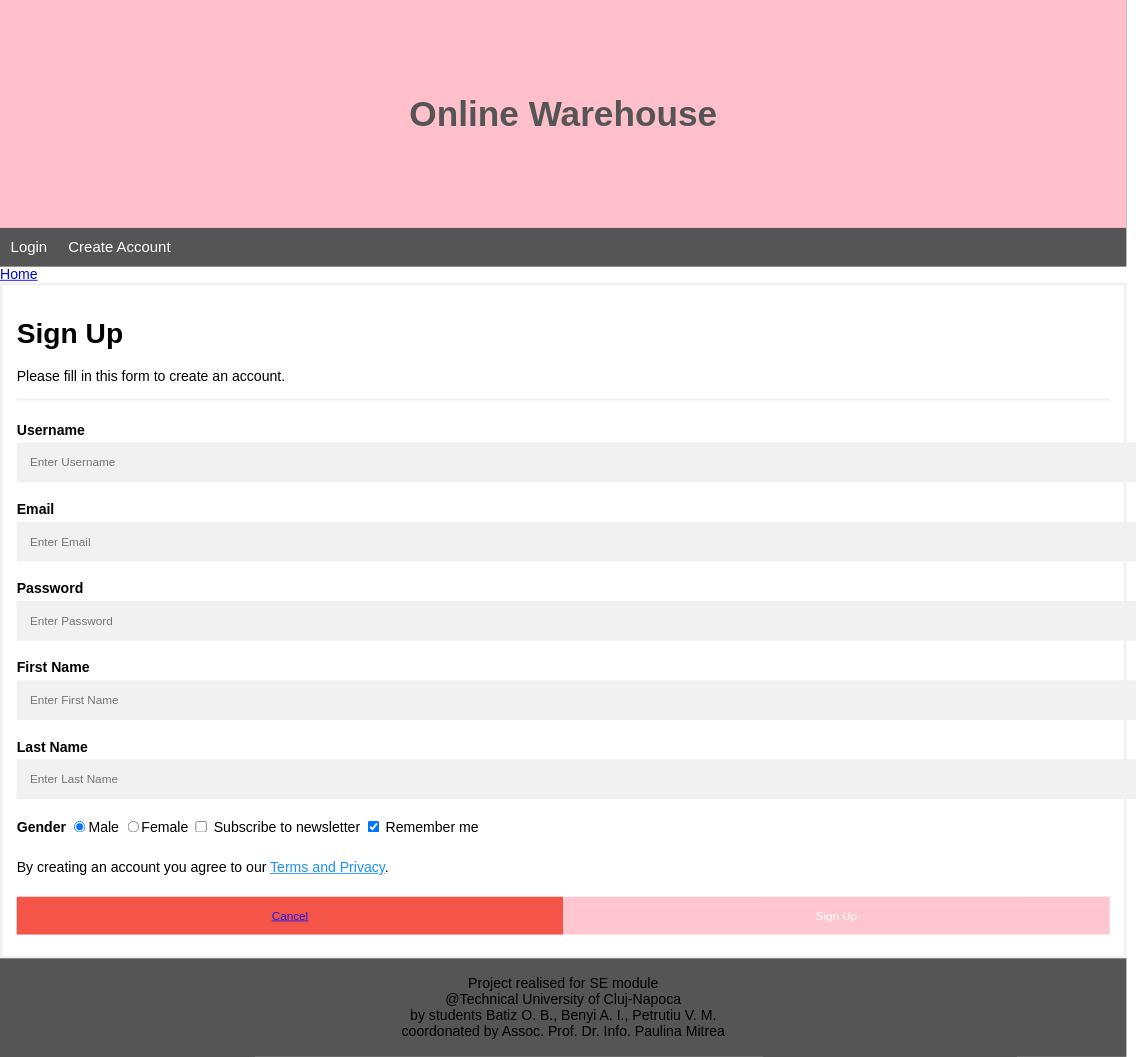
Repository: orsi-batiz/SEwithJSP
Page: http://localhost/OnlineWarehouse/createAccount.jsp
These files come from the project's save history. The page is drawn as it stood at one moment and after the next save; the edit follows.
The browser window is 1280 px wide. The page is 1291 px wide, so the pictures cover 1291 px, including what lies to the right of the window. The pictures show the whole page, at 88% of full size.
The page is served by Tomcat 9. Other server files are loaded and not shown.

Above is the page before, as saved 2019-01-16 21:26:34.

### OnlineWarehouse/OnlineWarehouse/WebContent/createAccount.jsp
<%@ page language="java" contentType="text/html; charset=ISO-8859-1"
    pageEncoding="ISO-8859-1"%>
<!DOCTYPE html>
<html>
<head>
<meta charset="ISO-8859-1">
<title>Create account</title>

<style>
body {font-family: Arial, Helvetica, sans-serif;}
form {border: 3px solid #f1f1f1;}

  input[type=text], input[type=password] {
  width: 100%;
  padding: 15px;
  margin: 5px 0 22px 0;
  display: inline-block;
  border: none;
  background: #f1f1f1;
}

input[type=text]:focus, input[type=password]:focus {
  background-color: #ddd;
  outline: none;
}

hr {
  border: 1px solid #f1f1f1;
  margin-bottom: 25px;
}

/* Set a style for all buttons */
button {
  background-color: #FFC0CB;
  color: white;
  padding: 14px 20px;
  margin: 8px 0;
  border: none;
  cursor: pointer;
  width: 100%;
  opacity: 0.9;
}

button:hover {
  opacity:1;
}

/* Extra styles for the cancel button */
.cancelbtn {
  padding: 14px 20px;
  background-color: #f44336;
}

/* Float cancel and signup buttons and add an equal width */
.cancelbtn, .signupbtn {
  float: left;
  width: 50%;
}

/* Add padding to container elements */
.container {
  padding: 16px;
}

/* Clear floats */
.clearfix::after {
  content: "";
  clear: both;
  display: table;
}

/* Change styles for cancel button and signup button on extra small screens */
@media screen and (max-width: 300px) {
  .cancelbtn, .signupbtn {
    width: 100%;
  }
}

</style>
</head>
<body>
<jsp:include page="header.jsp" />
<jsp:include page="menu.jsp" />

<form action="createAccountServlet" method="post">

<div class="container">
    <h1>Sign Up</h1>
    <p>Please fill in this form to create an account.</p>
    <hr>

    <label for="username"><b>Username</b></label>
    <input type="text" placeholder="Enter Username" name="username" value="" required>

    <label for="email"><b>Email</b></label>
    <input type="text" placeholder="Enter Email" name="email" value="" required>

    <label for="psw"><b>Password</b></label>
    <input type="password" placeholder="Enter Password" name="password" value="" required>

    <label for="firstName"><b>First Name</b></label>
    <input type="text" placeholder="Enter First Name" name="firstName" value="" required>

    <label for="lastName"><b>Last Name</b></label>
    <input type="text" placeholder="Enter Last Name" name="lastName" value="" required>

    <label for="gender"><b>Gender</b></label>
    <input type="radio" name="gender" value="M" checked/><label>Male</label>
	<input type="radio" name="gender" value="F"/><label>Female</label>

    <label for="newsletter">
    <input type="checkbox" name="newsletter"> Subscribe to newsletter
    </label>

    <label>
      <input type="checkbox" checked="checked" name="remember" style="margin-bottom:15px"> Remember me
    </label>

    <p>By creating an account you agree to our <a href="#" style="color:dodgerblue">Terms and Privacy</a>.</p>

    <div class="clearfix">
      <button type="button" class="cancelbtn"><a href="index.jsp">Cancel</a></button>
      <button type="submit" class="signupbtn" value="Create">Sign Up</button>
    </div>
  </div>

</form>

<jsp:include page="footer.jsp" />
</body>
</html>

### OnlineWarehouse/OnlineWarehouse/WebContent/header.jsp
<%@ page language="java" contentType="text/html; charset=UTF-8"
    pageEncoding="UTF-8"%>
<%@ taglib uri="http://java.sun.com/jsp/jstl/core" prefix="c"%>

<!DOCTYPE html>
<html>
<head>
<meta name="viewport" content="width=device-width, initial-scale=1">
<style>
body {
  margin: 0;
  font-family: Arial, Helvetica, sans-serif;
}

.header-container {
  width: 100%;
  background-color: #555;
  overflow: auto;
}

.header-container a {
  float: left;
  padding: 12px;
  color: white;
  text-decoration: none;
  font-size: 17px;
}

.header-container a:hover {
  background-color: #000;
}

.header-container a:focus {
  background-color: #FFC0CB;
}

.header {
  padding: 80px;
  text-align: center;
  background: #FFC0CB;
  color: #555;
}

/* Increase the font size of the heading */
.header h1 {
  font-size: 40px;
}

</style>
</head>
<body>

<div class="header-container">

    <div class="header">
  		<h1>Online Warehouse</h1>
	</div>

    <div class="header-bar">
       <a href="${pageContext.request.contextPath}/login.jsp" >Login</a>
       <a href="${pageContext.request.contextPath}/createAccount.jsp" >Create Account</a>
    </div>
</div>

</body>
</html>

### OnlineWarehouse/OnlineWarehouse/WebContent/menu.jsp
<%@ page language="java" contentType="text/html; charset=UTF-8"
    pageEncoding="UTF-8"%>

<div class="menu-container">

   <a href="${pageContext.request.contextPath}/index.jsp">Home</a>
   <!-- |
   <a href="${pageContext.request.contextPath}/productList">
      Product List
   </a>
   |
   <a href="${pageContext.request.contextPath}/shoppingCart">
      My Cart
   </a>
   |
   <security:authorize  access="hasAnyRole('ROLE_MANAGER','ROLE_EMPLOYEE')">
     <a href="${pageContext.request.contextPath}/orderList">
         Order List
     </a>
     |
   </security:authorize>

   <security:authorize  access="hasRole('ROLE_MANAGER')">
         <a href="${pageContext.request.contextPath}/product">
                        Create Product
         </a>
         |
   </security:authorize>
  -->
</div>

### OnlineWarehouse/OnlineWarehouse/WebContent/footer.jsp
<%@ page language="java" contentType="text/html; charset=UTF-8"
    pageEncoding="UTF-8"%>
<!DOCTYPE html>
<html>
<head>
<meta name="viewport" content="width=device-width, initial-scale=1">
<style>
body {
  margin: 0;
  font-family: Arial, Helvetica, sans-serif;
}

.footer-container {
  padding: 20px;
  text-align: center;
  background: #555;
}

</style>
</head>
<body>

<div class="footer-container">

   Project realised for SE module
   <br>
   @Technical University of Cluj-Napoca
   <br>
   by students Batiz O. B., Benyi A. I., Petrutiu V. M.
   <br>
   coordonated by Assoc. Prof. Dr. Info. Paulina Mitrea

</div>

After the next save:
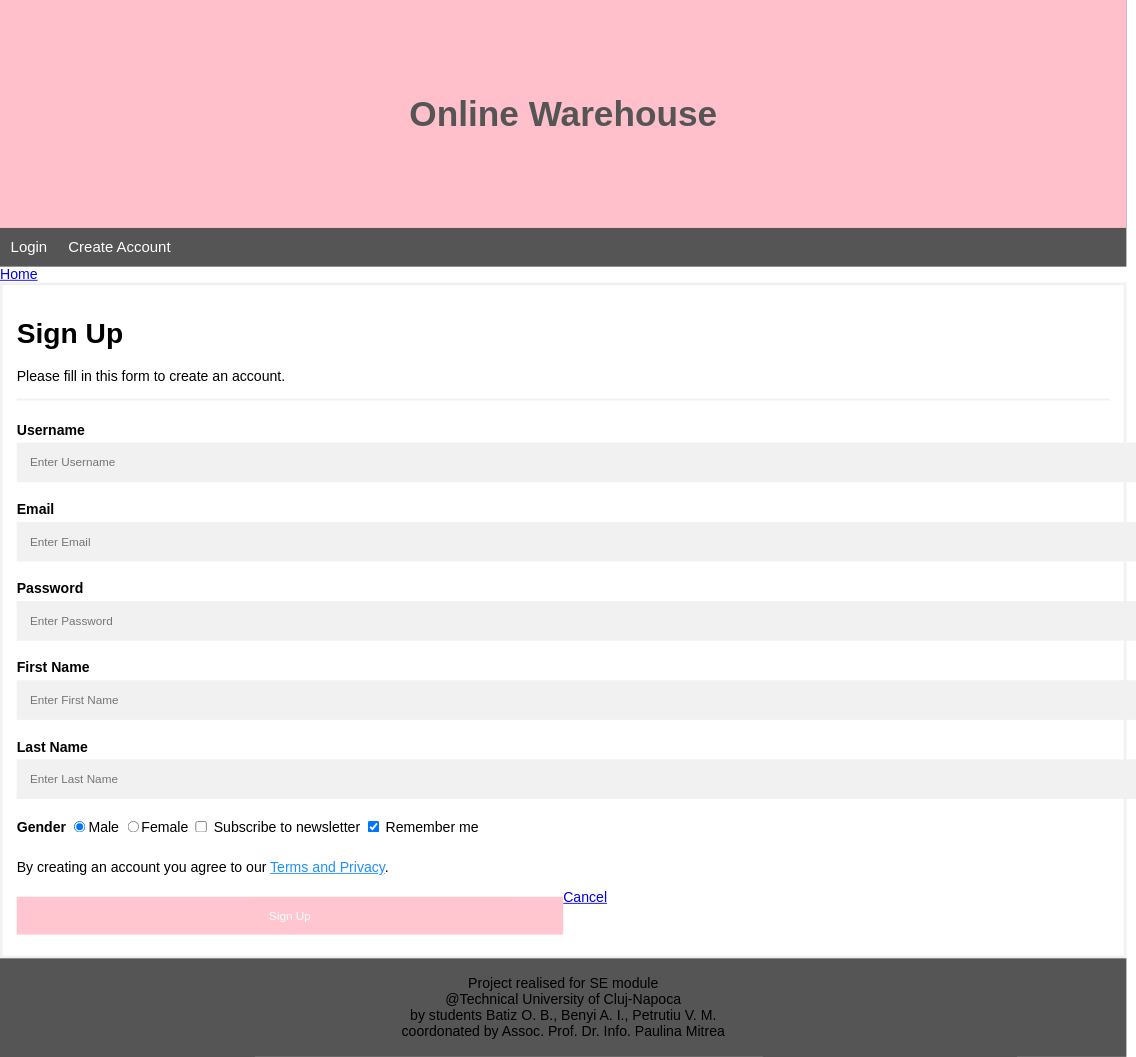
Saved 78 s later.
--- a/OnlineWarehouse/OnlineWarehouse/WebContent/createAccount.jsp
+++ b/OnlineWarehouse/OnlineWarehouse/WebContent/createAccount.jsp
@@ -119,7 +119,7 @@ button:hover {
     <p>By creating an account you agree to our <a href="#" style="color:dodgerblue">Terms and Privacy</a>.</p>
 
     <div class="clearfix">
-      <button type="button" class="cancelbtn"><a href="index.jsp">Cancel</a></button>
+      <a href="index.jsp">Cancel</a>
       <button type="submit" class="signupbtn" value="Create">Sign Up</button>
     </div>
   </div>
